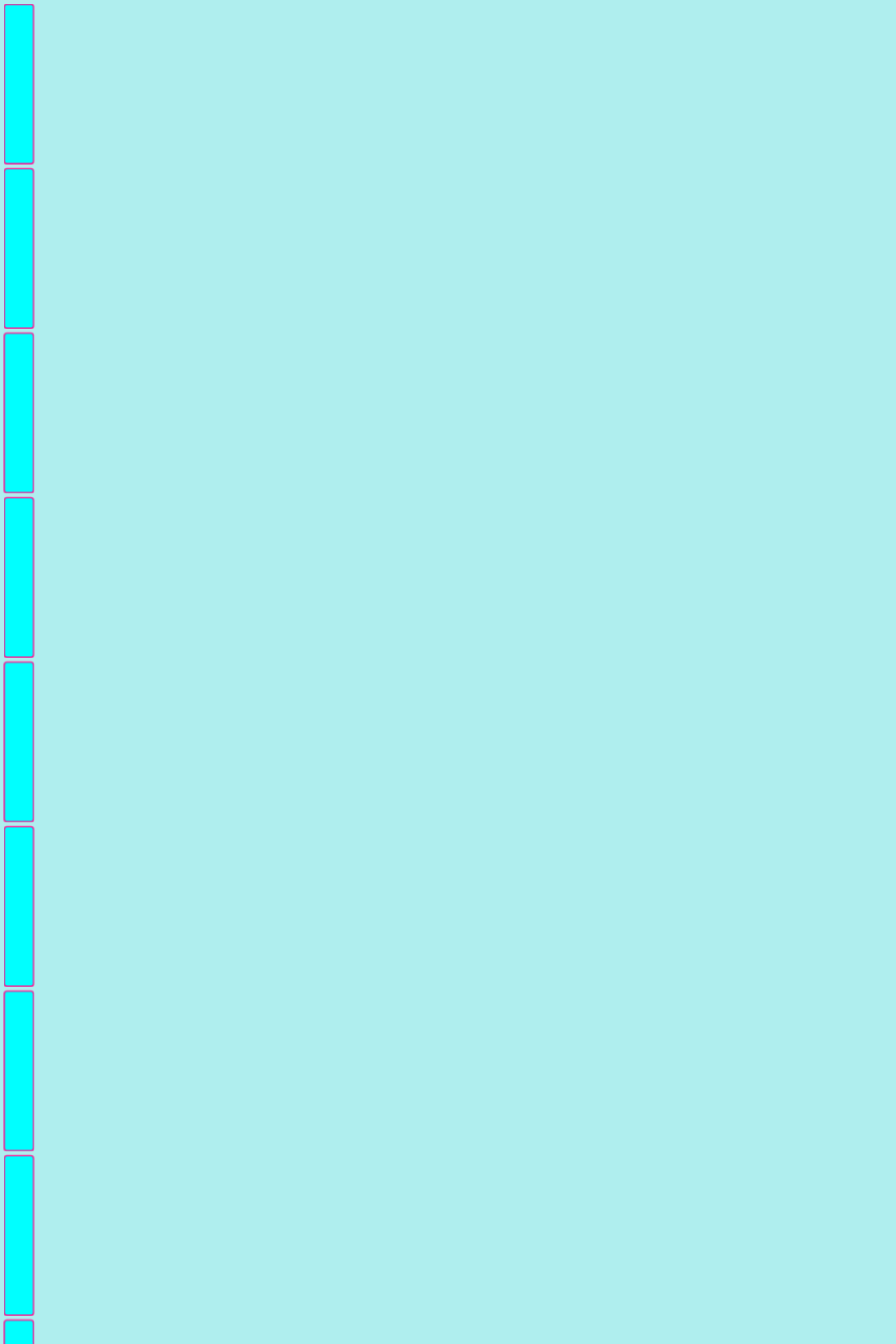
Repository: RemModz/memo-game
Page: index.html
An editor plug-in stored every save of this project. The page is shown before and after the next save, followed by the edit.
The browser window is 1280 px wide. The pictures show the part of the page from y = 0 to 1920 px (the page is 2820 px tall before and 2806 px after), at 70% of full size.
Some web fonts or font styles are not loaded; a fallback is used. Some web libraries are served in a nearby version.

Above is the page before, as saved 2018-12-30 17:09:30.

After the next save:
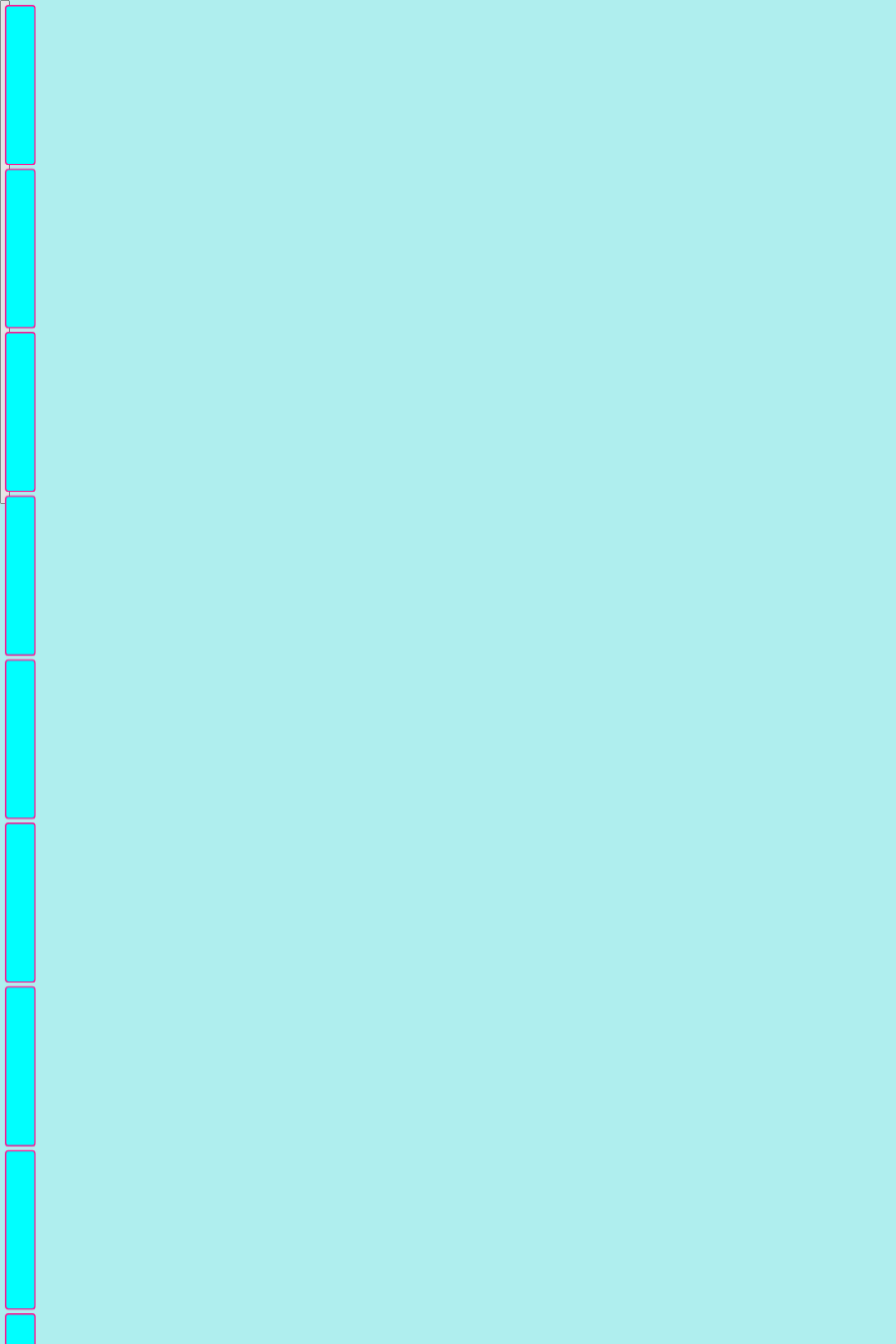
Saved 4 s later.
--- a/index.html
+++ b/index.html
@@ -14,7 +14,7 @@
 </head>
 <body>
 
-<buton class=
+<button class=
 
     <section class="memory--game">
 
